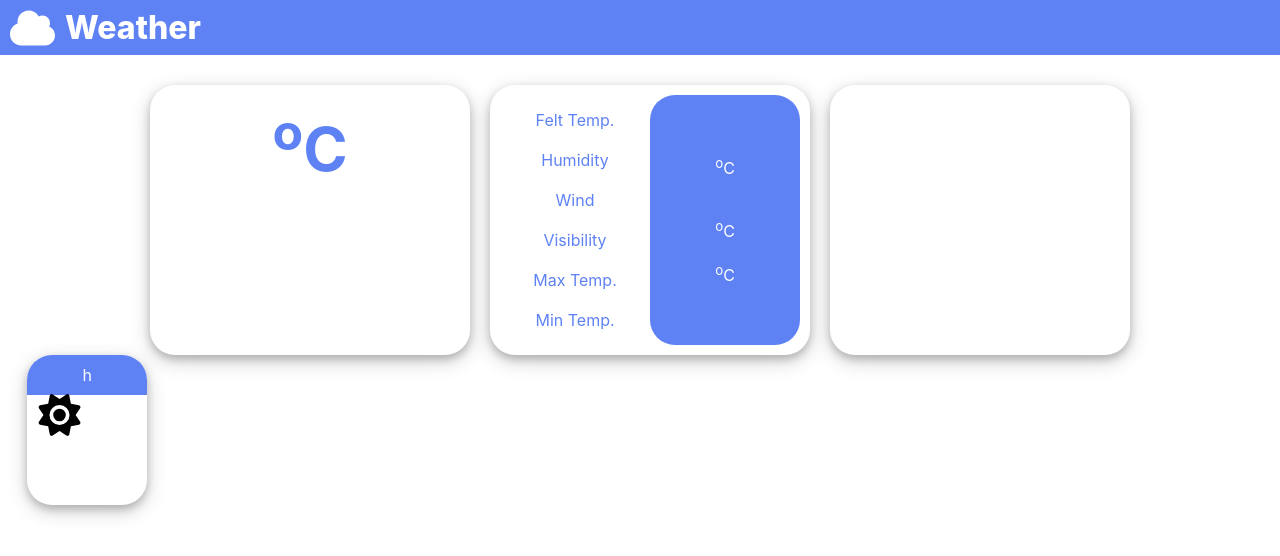
Repository: ahmedazawi/weather-app
Page: /
These files come from the project's save history. The page is drawn as it stood at one moment and after the next save; the edit follows.
The browser window is 1280 px wide. The pictures show the whole page.
The project was rebuilt for these pictures with package versions that can differ from the ones it lists, and the page was loaded fresh each time. Also part of the build but not shown: src/components/Map.js.

Above is the page before, as saved 2022-11-30 15:29:17.

### src/App.js
import React, { useState, useEffect } from "react";
import "./App.css";
import Header from "./layout/Header";
import Details from "./components/Details";

import Store from "./assets/data/Store";
function App() {
  return (
    <div className="App">
      <Header />
      <Store>
        <Details />
      </Store>
    </div>
  );
}

export default App;

### src/App.css
body {
  --primaryColor: #5e82f4;
  --secondaryColor: #ffffff;
  --borderRadius: 25px;
}

.nav {
  display: flex;
  align-items: center;
  height: 55px;
  background-color: var(--primaryColor);
}

### src/layout/Header.js
import React from "react";
import { FontAwesomeIcon } from "@fortawesome/react-fontawesome";
import { faCloud } from "@fortawesome/free-solid-svg-icons";
const Header = () => {
  return (
    <div className="nav">
      <div>
        <FontAwesomeIcon
          className="f-icon"
          icon={faCloud}
          color="White"
          style={{ marginLeft: "10px", fontSize: "40px" }}
        />
      </div>

      <h1 style={{ color: "white", marginLeft: "10px", fontWeight: "800" }}>
        Weather
      </h1>
    </div>
  );
};

export default Header;

### src/components/Details.js
import React, { useContext, useEffect } from "react";
import "../assets/css/details.css";
import { ContextApi } from "../assets/data/ContextApi";
import SevenDaysCards from "./SevenDaysCards";
import Map from "./Map";

const Details = () => {
  // const { weather, Loading } = useContext(ContextApi);
  // const [weatherValue, setWeatherValue] = weather;
  // const [LoadingValue, setLoadingValue] = Loading;

  // useEffect(() => {
  // console.log(weatherValue);
  // console.log(LoadingValue);
  // console.log(LocatedValue);
  // console.log(weatherValue.weather[0].main);
  // }, [weatherValue]);

  // if (LoadingValue) {
  //   return <div className="main">Loading...</div>;
  // }

  return (
    <div className="main">
      <div className="big-cards">
        <div>
          {/* <div>{weatherValue.location.city}</div> */}
          <div
            style={{
              fontSize: "60px",
            }}
          >
            {/* {weatherValue.current_observation.condition.temperature} */}
            <sup>o</sup>C
          </div>
          {/* <div>{weatherValue.current_observation.condition.text}</div> */}
        </div>
        <div>
          <div className="line-a">
            <span>Felt Temp.</span>
            <span>Humidity</span>
            <span>Wind</span>
            <span>Visibility</span>
            <span>Max Temp.</span>
            <span>Min Temp.</span>
          </div>
          <div className="line-b">
            <span>
              {/* {weatherValue.current_observation.condition.temperature - 0.7} */}
              <sup>o</sup>C
            </span>
            {/* <span>{weatherValue.current_observation.atmosphere.humidity}%</span> */}
            {/* <span> {weatherValue.current_observation.wind.speed} Km/h</span> */}
            <span>
              {/* {weatherValue.current_observation.atmosphere.visibility} Km */}
            </span>
            <span>
              {/* {weatherValue.forecasts[0].high} */}
              <sup>o</sup>C
            </span>
            <span>
              {/* {weatherValue.forecasts[0].low} */}
              <sup>o</sup>C
            </span>
          </div>
        </div>
        <div>{/* <Map city={weatherValue.location.city} /> */}</div>
      </div>

      <SevenDaysCards />
    </div>
  );
};

export default Details;

### src/assets/data/Store.js
import React, { useState, useEffect } from "react";
import { ContextApi } from "./ContextApi";
import { weatherAppAPI } from "./Api";
import axios from "axios";
function Store({ children }) {
  const [weather, setWeather] = useState([]);
  const [Loading, setLoading] = useState(true);
  const [lat, setLat] = useState();
  const [long, setLong] = useState();
  const [located, setLocated] = useState(false);
  const geolocationAPI = navigator.geolocation;
  const getUserCoordinates = () => {
    if (!geolocationAPI) {
      console.log("Geolocation API is not available in your browser!");
    } else {
      geolocationAPI.getCurrentPosition(
        (position) => {
          const { coords } = position;
          setLat(coords.latitude);
          setLong(coords.longitude);
          setLocated(true);
        },
        (error) => {
          console.log("Something went wrong getting your position!");
        }
      );
    }
  };

  useEffect(() => {
    // getUserCoordinates();
    if (located) {
      const options = {
        method: "GET",
        url: weatherAppAPI,
        params: { lat: lat, long: long, format: "json", u: "c" },
        headers: {
          "X-RapidAPI-Key":
            "863b7c6b72msh78facda9cbf0e03p10660djsn19089c27c69a",
          "X-RapidAPI-Host": "yahoo-weather5.p.rapidapi.com",
        },
      };

      axios
        .request(options)
        .then(function (response) {
          setWeather(response.data);
          setLoading(false);
          console.log(response.data);
        })
        .catch(function (error) {
          console.error(error);
        });
    }
  }, [located]);

  return (
    <ContextApi.Provider
      value={{
        weather: [weather, setWeather],
        Loading: [Loading, setLoading],
      }}
    >
      {children}
    </ContextApi.Provider>
  );
}
export default Store;

### src/assets/css/details.css
.main {
  width: 100%;
  display: flex;
  flex-direction: column;
  justify-content: space-between;
}

.big-cards {
  width: 100%;
  min-height: fit-content;
  display: flex;
  flex-direction: row;
  flex-wrap: wrap;
  gap: 20px;
  align-items: center;
  justify-content: center;
  margin-top: 30px;
  color: var(--primaryColor);
}
.big-cards > div {
  width: 300px;
  height: 250px;
  background-color: var(--secondaryColor);
  padding: 10px;
  border-radius: var(--borderRadius);
  box-shadow: 0 4px 8px 0 rgba(0, 0, 0, 0.2), 0 6px 20px 0 rgba(0, 0, 0, 0.19);
}
.big-cards > div:first-child {
  display: flex;
  flex-direction: column;
  align-items: center;
  justify-content: space-between;
}
.big-cards > div:first-child > div {
  font-size: 30px;
  font-weight: bold;
  margin: 7px 0;
}
.big-cards > div:nth-child(2) {
  display: flex;
  flex-direction: row;
  justify-content: space-between;
}
.big-cards > div:nth-child(2) > div {
  display: flex;
  flex-direction: column;
  align-items: center;
  justify-content: center;
  width: 50%;
}
.big-cards > div:nth-child(2) > div > span {
  margin: 10px 0;
}

.line-b {
  color: var(--secondaryColor);
  background-color: var(--primaryColor);
  border-radius: var(--borderRadius);
}

.big-cards > div:nth-child(3) {
  height: 270px;
  max-width: 340px;
  padding: 0;
  display: flex;
  align-items: center;
  justify-content: center;
  overflow: hidden;
}
.map {
  border: none;
}

### src/assets/data/ContextApi.js
import { createContext } from "react";
export const ContextApi = createContext();

### src/components/SevenDaysCards.js
import React from "react";
import "../assets/css/SevenDaysCards.css";
import { FontAwesomeIcon } from "@fortawesome/react-fontawesome";
import { faSun } from "@fortawesome/free-solid-svg-icons";
const SevenDaysCards = () => {
  return (
    <div className="small-cards">
      <div>
        <div>h</div>
        <div>
          <FontAwesomeIcon
            className="f-icon"
            icon={faSun}
            color="black"
            style={{ marginLeft: "10px", fontSize: "40px" }}
          />
        </div>
      </div>
    </div>
  );
};

export default SevenDaysCards;

### src/assets/data/Api.js
export const weatherAppAPI = "https://fcc-weather-api.glitch.me/api/current";

export const googleMapAPI = "AIzaSyAq15HbfCRMW7RqNb5LUNyOLyfzpYI0wl4";

//https://pokeapi.co/api/v2/pokemon/4

//https://fcc-weather-api.glitch.me/api/current?lat=462&lon=41

//https://api.open-meteo.com/v1/forecast?latitude=${lat}&longitude=${long}&daily=temperature_2m_max,temperature_2m_min,rain_sum,windspeed_10m_max,windgusts_10m_max&timezone=auto

//https://yahoo-weather5.p.rapidapi.com/weather

### src/assets/css/SevenDaysCards.css
.small-cards {
  display: grid;
  grid-template-columns: repeat(7, 1fr);
  gap: 10px;
  justify-items: center;
  width: 100%;
}
.small-cards > div {
  display: flex;
  flex-direction: column;
  width: 120px;
  height: 150px;
  overflow: hidden;
  background-color: var(--secondaryColor);
  border-radius: var(--borderRadius);
  box-shadow: 0 4px 8px 0 rgba(0, 0, 0, 0.2), 0 6px 20px 0 rgba(0, 0, 0, 0.19);
}
.small-cards > div > div:nth-child(1) {
  width: 100%;
  height: 40px;
  background-color: var(--primaryColor);
  display: flex;
  align-items: center;
  justify-content: center;
  color: var(--secondaryColor);
}

Loaded but not shown: public/index.html (common file); src/index.js (common file); src/index.css (common file)

After the next save:
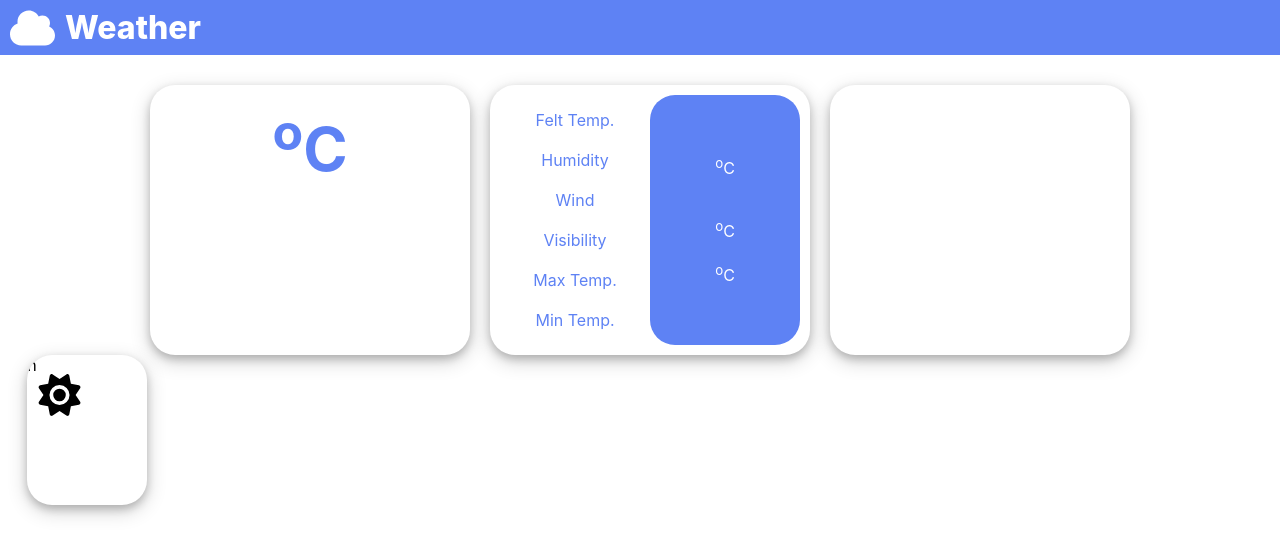
Saved 3 min 25 s later.
--- a/src/assets/css/SevenDaysCards.css
+++ b/src/assets/css/SevenDaysCards.css
@@ -15,7 +15,7 @@
   border-radius: var(--borderRadius);
   box-shadow: 0 4px 8px 0 rgba(0, 0, 0, 0.2), 0 6px 20px 0 rgba(0, 0, 0, 0.19);
 }
-.small-cards > div > div:nth-child(1) {
+.small-cards > div > .sm-cards-header {
   width: 100%;
   height: 40px;
   background-color: var(--primaryColor);

After the save that followed:
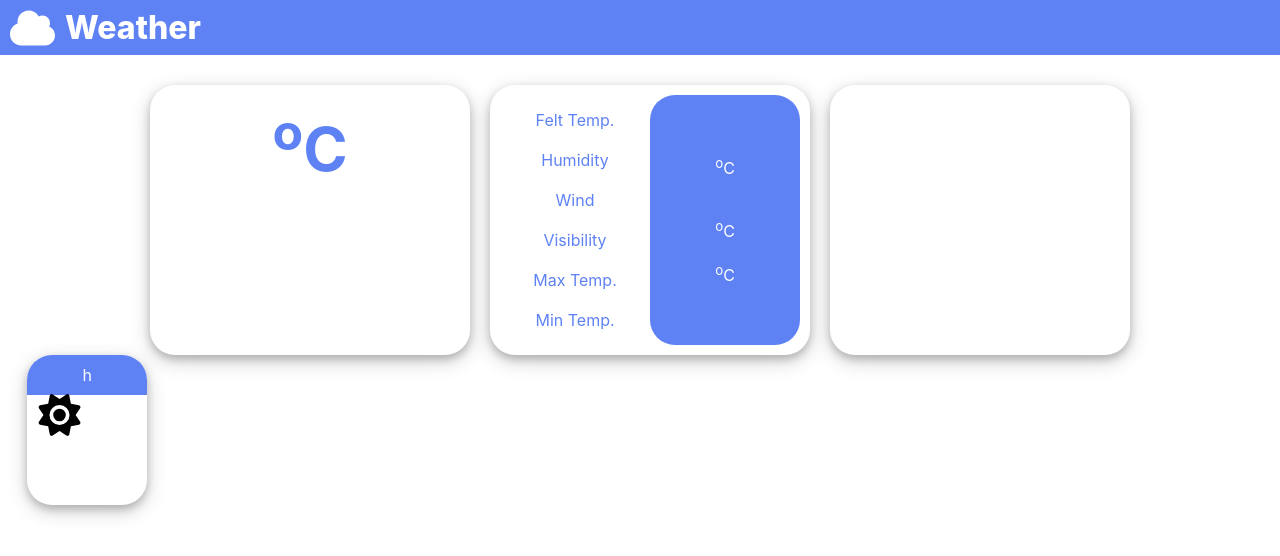
Saved 27 s later.
--- a/src/components/SevenDaysCards.js
+++ b/src/components/SevenDaysCards.js
@@ -6,14 +6,16 @@ const SevenDaysCards = () => {
   return (
     <div className="small-cards">
       <div>
-        <div>h</div>
-        <div>
-          <FontAwesomeIcon
-            className="f-icon"
-            icon={faSun}
-            color="black"
-            style={{ marginLeft: "10px", fontSize: "40px" }}
-          />
+        <div className="sm-cards-header">h</div>
+        <div className="sm-cards-body">
+          <div className="sm-cards-temp-max">
+            <FontAwesomeIcon
+              icon={faSun}
+              color="black"
+              style={{ marginLeft: "10px", fontSize: "40px" }}
+            />
+          </div>
+          <div className="sm-cards-temp-min"></div>
         </div>
       </div>
     </div>
@@ -21,3 +23,9 @@ const SevenDaysCards = () => {
 };
 
 export default SevenDaysCards;
+<FontAwesomeIcon
+  className="f-icon"
+  icon={faSun}
+  color="black"
+  style={{ marginLeft: "10px", fontSize: "40px" }}
+/>;
